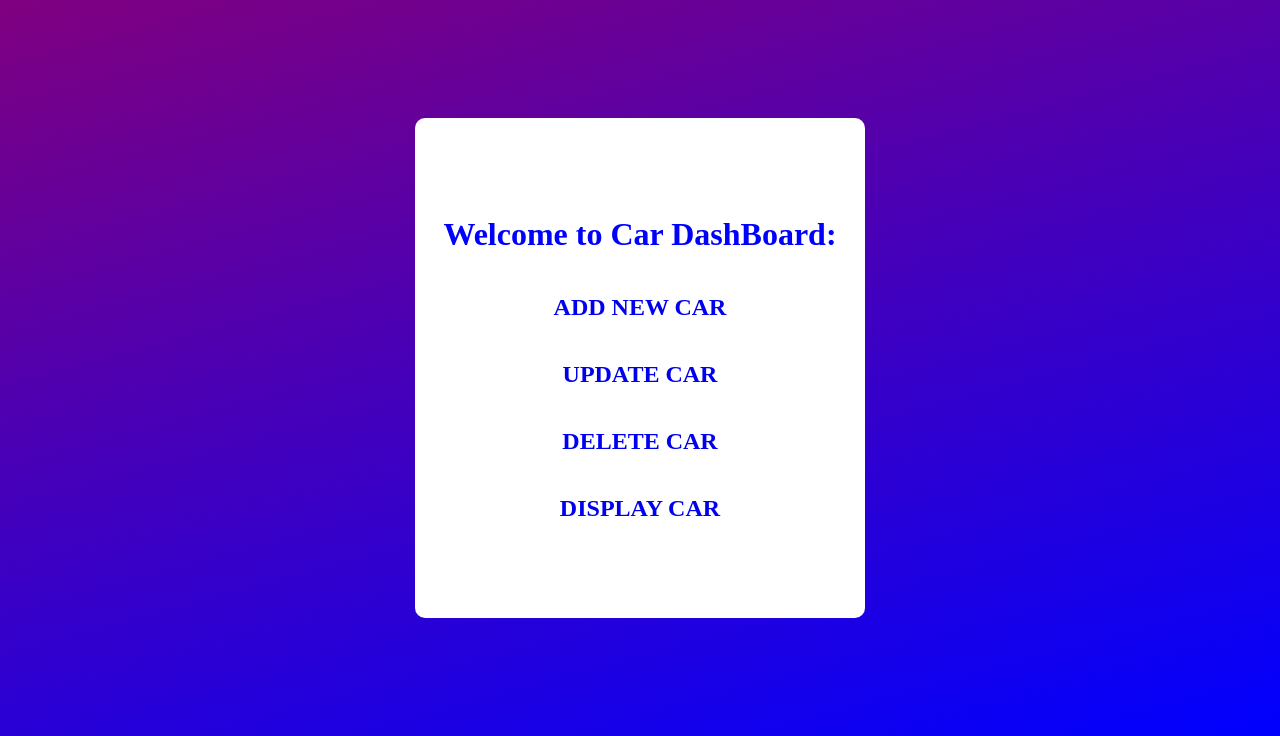
Repository: Dhirajkumar02/Advance-Java--J2EE-
Page: ServletProjecct_CarDB/src/main/webapp/index.html
The author's editor kept a copy of each file at every save. The page is drawn from the files as they stood at one save, then again after the next save.
The browser window is 1280 px wide. The pictures show the whole page.

Above is the page before, as saved 2024-11-14 15:37:50.

### ServletProjecct_CarDB/src/main/webapp/index.html
<!DOCTYPE html>
<html>
<head>
<meta charset="UTF-8">
<title>Insert title here</title>
<style>
body{
height: 100vh;
display: flex;
justify-content: center;
align-items: center;
background: linear-gradient(165deg, purple, blue);
}
div{
/* border: 2px solid black;
*/
height: 500px;
width: 450px;
background: white;
display: flex;
justify-content: center;
align-items: center;
flex-direction: column;
border-radius: 10px;
}

h1{
color: blue;
}

a{
text-decoration: none;

}
</style>
</head>
<body>
<div>
<h1>Welcome to Car DashBoard:</h1>
<h2>
<a href="AddCar.html">ADD NEW CAR</a>
</h2>

<h2>
<a href="UpdateCar.html">UPDATE CAR</a>
</h2>

<h2>
<a href="DeleteCar.html">DELETE CAR</a>
</h2>

<h2>
<a href="DisplayCar.html">DISPLAY CAR</a>
</h2>
</div>
</body>
</html>

After the next save:
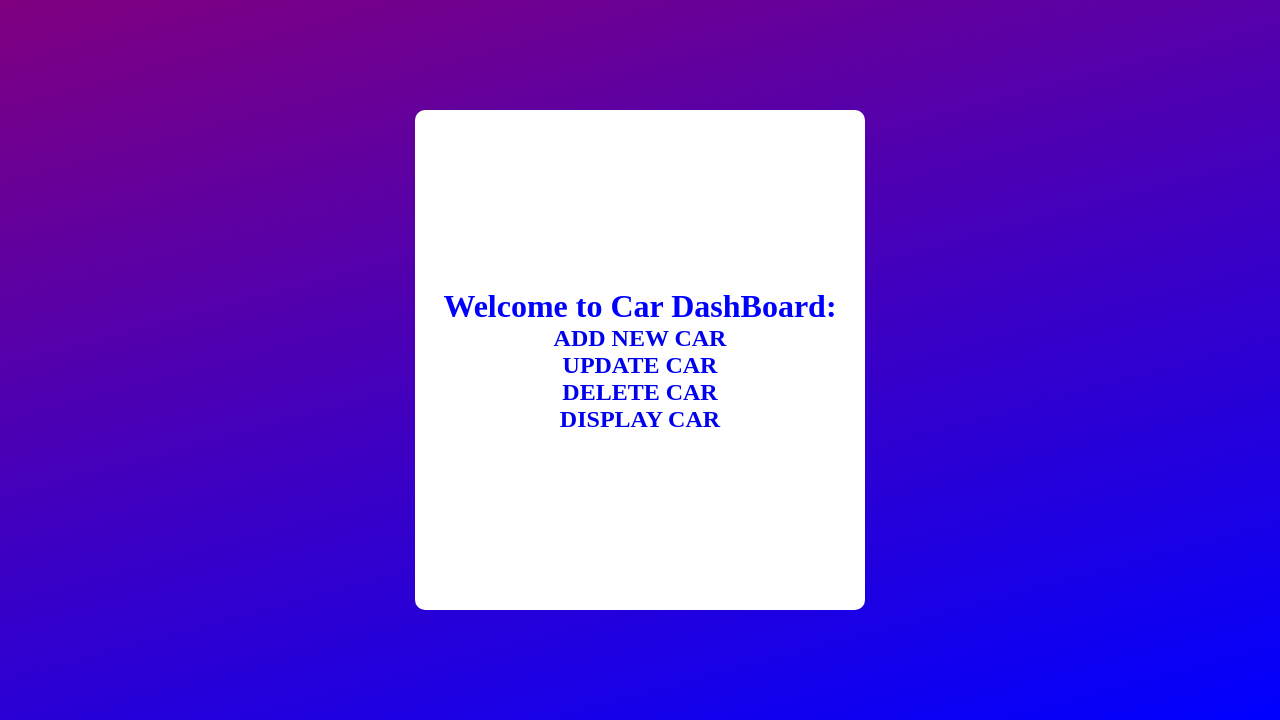
Saved 15 s later.
--- a/ServletProjecct_CarDB/src/main/webapp/index.html
+++ b/ServletProjecct_CarDB/src/main/webapp/index.html
@@ -4,6 +4,11 @@
 <meta charset="UTF-8">
 <title>Insert title here</title>
 <style>
+*{
+box-sizing: border-box;
+margin: 0;
+padding: 0;
+}
 body{
 height: 100vh;
 display: flex;
